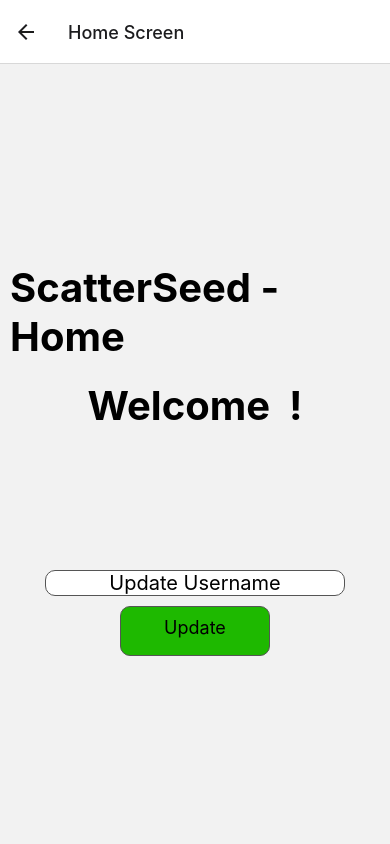
Repository: Curraje/scatter-seed-app
Screen: /Home
The author's editor kept a copy of each file at every save. The screen is drawn from the files as they stood at one save, then again after a run of saves.
The app was drawn by React Native's web renderer in a window 390 px wide. The project was rebuilt for these pictures with package versions that can differ from the ones it lists, and the page was loaded fresh each time. Some packages were replaced by stand-ins written for this rebuild.

Above is the screen before, as saved 2022-03-06 14:22:01.

### index.js
import App from "./src/App";
import { registerRootComponent } from "expo";

// Main Entry Point for App
registerRootComponent(App);

### src/App.tsx
import React from "react";
//import { StatusBar } from "expo-status-bar";
// import { StyleSheet } from "react-native";
// import Header from "./components/Header";
// import CustomButton from "./components/CustomButton";
import { NavigationContainer } from "@react-navigation/native";
// import { createBottomTabNavigator } from "@react-navigation/bottom-tabs";
// import { createMaterialBottomTabNavigator } from "@react-navigation/material-bottom-tabs";
//import { createMaterialTopTabNavigator } from "@react-navigation/material-top-tabs";
//import { createDrawerNavigator } from "@react-navigation/drawer";
import { createNativeStackNavigator } from "@react-navigation/native-stack";
import FontAwesome5 from "react-native-vector-icons/FontAwesome5";
import Login from "./screens/Login";
import Home from "./screens/Home";

// const Tab = createBottomTabNavigator();
// const Tab = createMaterialBottomTabNavigator();
//const Tab = createMaterialTopTabNavigator();
//const Drawer = createDrawerNavigator();
const Stack = createNativeStackNavigator();

export default function App() {
  return (
    <NavigationContainer>
      <Stack.Navigator
        initialRouteName="Login"
        screenOptions={{  }}

      >
        <Stack.Screen
          name="Home"
          component={Home}
          options={{
            title: "Home Screen",
          }}
        />
        <Stack.Screen
          name="Login"
          component={Login}
          options={{
            title: "Login Screen",
            headerShown: false,
          }}
          initialParams={{ItemName:"Item from Drawer", ItemId: 1}}
        />
      </Stack.Navigator>
    </NavigationContainer>
  );
}

### src/screens/Login.tsx
/* eslint-disable indent */
import React, { useEffect, useState } from "react";
import { View, StyleSheet, Image, Text, TextInput, Alert } from "react-native";
import CustomButton from "../utils/CustomButton";
import AsyncStorage from "@react-native-async-storage/async-storage";

// eslint-disable-next-line @typescript-eslint/no-explicit-any
export default function Login({ navigation }: any) {
    const [name, setName]=useState("");

    useEffect(() => {
        getData();
      }, []);

      const getData = () => {
        try {
          AsyncStorage.getItem("UserName")
            .then(value => {
              if (value != null) {
                navigation.navigate("Home");
              }
            }
            );
        } catch (error) {
          console.log(error);
        }
      };

    const setData = async () => {
      if (name.length < 1) {
        Alert.alert("Warning!", "Please enter a username");
      } else {
          try {
            await AsyncStorage.setItem("UserName", name);
            navigation.navigate("Home");
          } catch (error) {
            console.log(error);
          }
      }
    };

  return (
    <View
      style={styles.loginBody}
    >
      <Image
        style={styles.loginImage}
        source={require("../../assets/bruce.png")}
      />
      <Text style={styles.loginText}>Async Storage</Text>
      <TextInput
        style={styles.loginInput}
        placeholder="Username"
        onChangeText={(value) => setName(value)}
      />
      <CustomButton
        title="Login"
        regular_color="#1eb900"
        pressed_color="#1eb999"
        onPressFunction={setData}
      />
    </View>
  );
}

const styles = StyleSheet.create({
  loginBody: {
    flex: 1,
    alignItems: "center",
    backgroundColor: "#0080ff",
  },
  loginImage: {
      width:100,
      height: 100,
      margin: 20,
      resizeMode: "contain"
  },
  loginText: {
      fontSize: 35,
      fontWeight: "bold",
  },
  loginInput: {
    width: 300,
    borderWidth: 1,
    borderColor: "#555",
    borderRadius: 10,
    backgroundColor: "#ffffff",
    textAlign: "center",
    fontSize: 20,
    marginTop: 130,
    marginBottom: 10,
  },
});

### src/screens/Home.tsx
import React, { useEffect, useState } from "react";
//import { StatusBar } from "expo-status-bar";
import { Alert, StyleSheet, Text, TextInput, View } from "react-native";
import AsyncStorage from "@react-native-async-storage/async-storage";
import CustomButton from "../utils/CustomButton";
import GlobalStyles from "../utils/GlobalStyles";


// eslint-disable-next-line @typescript-eslint/no-explicit-any
export default function Home({ navigation, route }: any) {

  const [name, setName] = useState("");

  useEffect(() => {
    getData();
  }, []);

  const getData = () => {
    try {
      AsyncStorage.getItem("UserName")
        .then(value => {
          if (value != null) {
            setName(value);
          }
        }
        );
    } catch (error) {
      console.log(error);
    }
  };

  const updateData = async () => {
    if (name.length < 1) {
      Alert.alert("Warning!", "Please enter a username");
    } else {
      try {
        await AsyncStorage.setItem("UserName", name);
        Alert.alert("Success!", "Your name has been updated.");
      } catch (error) {
        console.log(error);
      }
    }
  };

  return (
    <View style={[GlobalStyles.body]}>
      <Text style={[GlobalStyles.text]}>ScatterSeed - Home</Text>
      <Text style={[GlobalStyles.text]}>Welcome {name} !</Text>
      <TextInput
        style={styles.updateInput}
        placeholder="Update Username"
        value={name}
        onChangeText={(value) => setName(value)}
      />
      <CustomButton
        title="Update"
        regular_color="#1eb900"
        pressed_color="#1eb999"
        onPressFunction={updateData}
      />
    </View>
  );
}

const styles = StyleSheet.create({
  updateBody: {
    flex: 1,
    alignItems: "center",
    backgroundColor: "#0080ff",
  },
  updateImage: {
      width:100,
      height: 100,
      margin: 20,
      resizeMode: "contain"
  },
  updateText: {
      fontSize: 35,
      fontWeight: "bold",
  },
  updateInput: {
    width: 300,
    borderWidth: 1,
    borderColor: "#555",
    borderRadius: 10,
    backgroundColor: "#ffffff",
    textAlign: "center",
    fontSize: 20,
    marginTop: 130,
    marginBottom: 10,
  },
});

### src/utils/CustomButton.tsx
import React from "react";
import { Pressable, StyleSheet, Text } from "react-native";

// eslint-disable-next-line @typescript-eslint/no-explicit-any
const CustomButton = (props: any) => {
  return (
    <Pressable
      onPress={props.onPressFunction}
      hitSlop={{ top: 10, bottom: 10, right: 10, left: 10 }}
      android_ripple={{ color: "#00f" }}
      style={({ pressed }) => [
        { backgroundColor: pressed ? props.pressed_color : props.regular_color },
        styles.button,
        { ...props.style },
      ]}
    >
      <Text style={styles.text}>{props.title}</Text>
    </Pressable>
  );
};

const styles = StyleSheet.create({
  text: {
    color: "#000000",
    fontSize: 18,
    margin: 10,
    textAlign: "center",
  },
  button: {
    width: 150,
    height: 50,
    alignItems: "center",
    borderWidth: 1,
    borderColor: "#555",
    borderRadius: 10,
  },
});

export default CustomButton;

### src/utils/GlobalStyles.tsx
import { StyleSheet } from "react-native";

export default StyleSheet.create({
  body: {
    flex: 1,
    justifyContent: "center",
    alignItems: "center",
  },
  text: {
    fontSize: 40,
    fontWeight: "bold",
    margin: 10,
  },
});

After the next 2 saves:
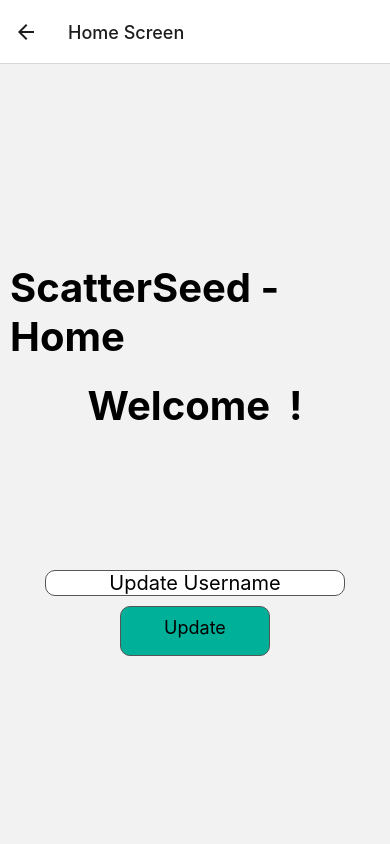
The 2 saves are shown as one change because they came seconds apart.
The last was saved 7 s later.
--- a/src/screens/Home.tsx
+++ b/src/screens/Home.tsx
@@ -54,7 +54,7 @@ export default function Home({ navigation, route }: any) {
       />
       <CustomButton
         title="Update"
-        regular_color="#1eb900"
+        regular_color="#00b099"
         pressed_color="#1eb999"
         onPressFunction={updateData}
       />
